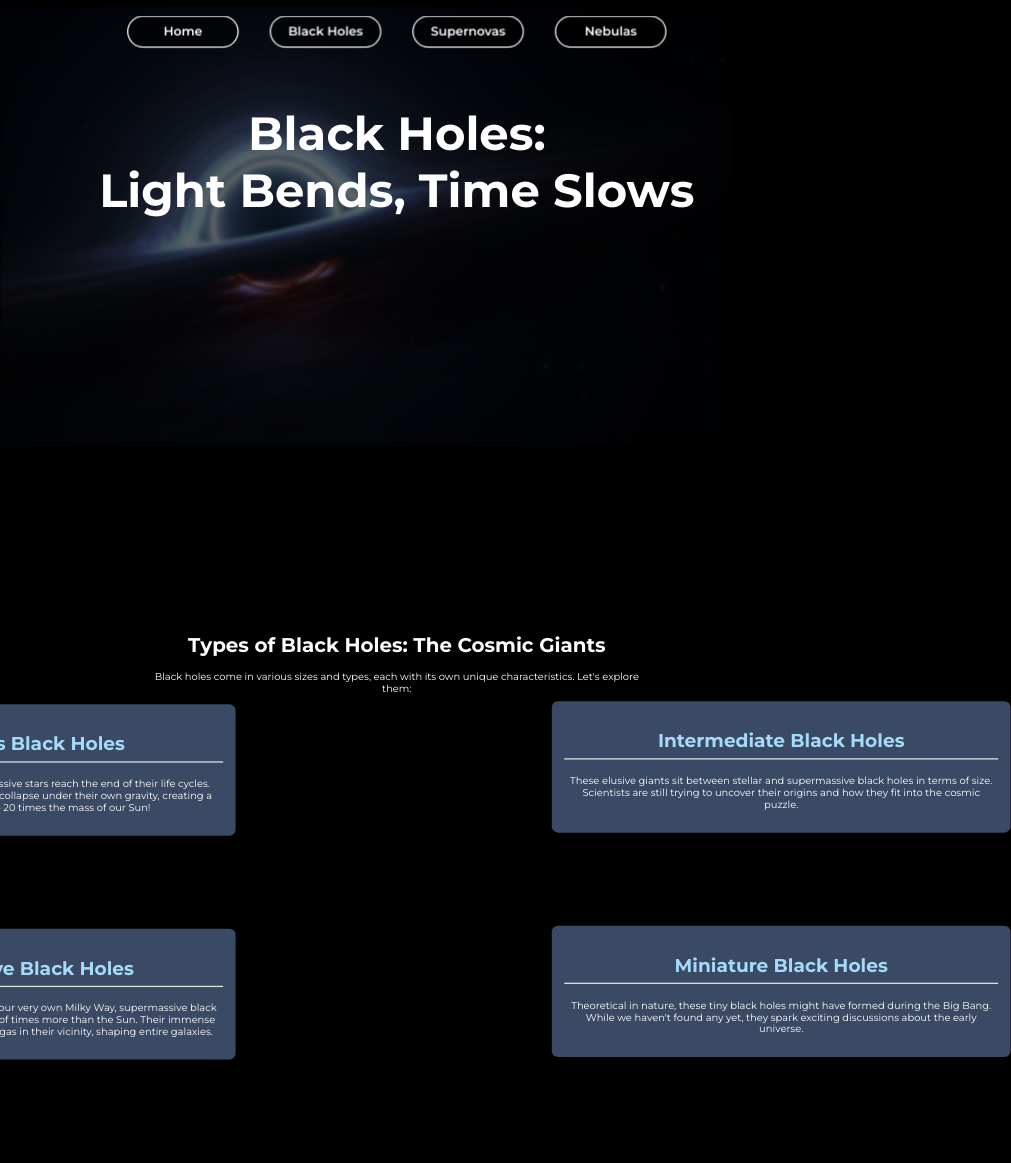
Repository: english-only/Space-Website
Page: black_hole.html
An editor plug-in stored every save of this project. The page is shown before and after the next save, followed by the edit.
The browser window is 1280 px wide. The page is 1630 px wide, so the pictures cover 1630 px, including what lies to the right of the window. The pictures show the whole page, at 62% of full size.
Backgrounds fixed to the window are drawn as part of the page.

Above is the page before, as saved 2024-12-19 11:33:19.

After the next save:
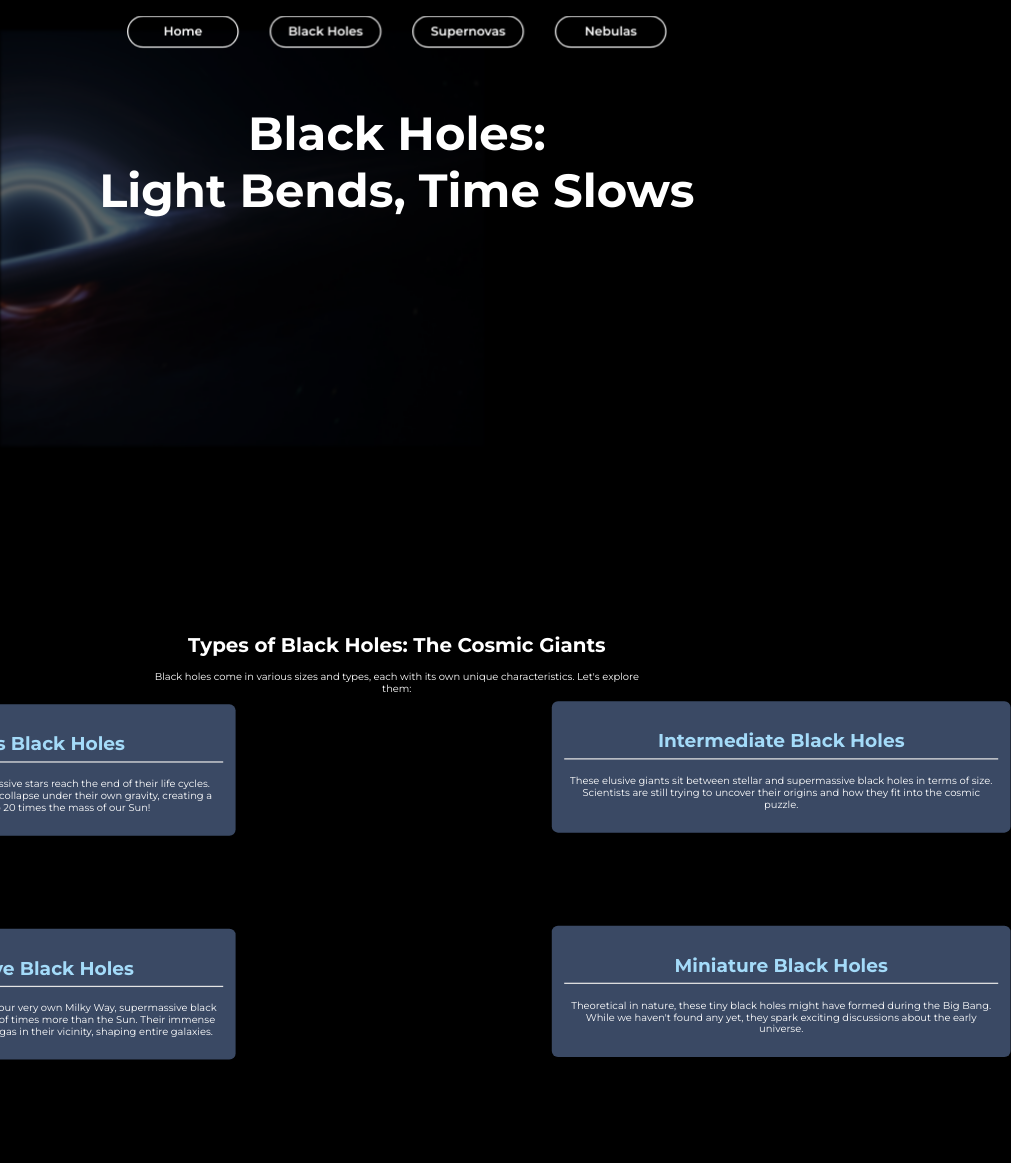
Saved 5 s later.
--- a/black_hole.html
+++ b/black_hole.html
@@ -86,7 +86,7 @@
     <script>
       const background = document.querySelector('.background-2');
       let angle = 0;
-      let radius = 100; // Adjust this value to change the size of the circular motion
+      let radius = 500; // Adjust this value to change the size of the circular motion
       let isAtTop = true;
 
       function moveBackground() {
